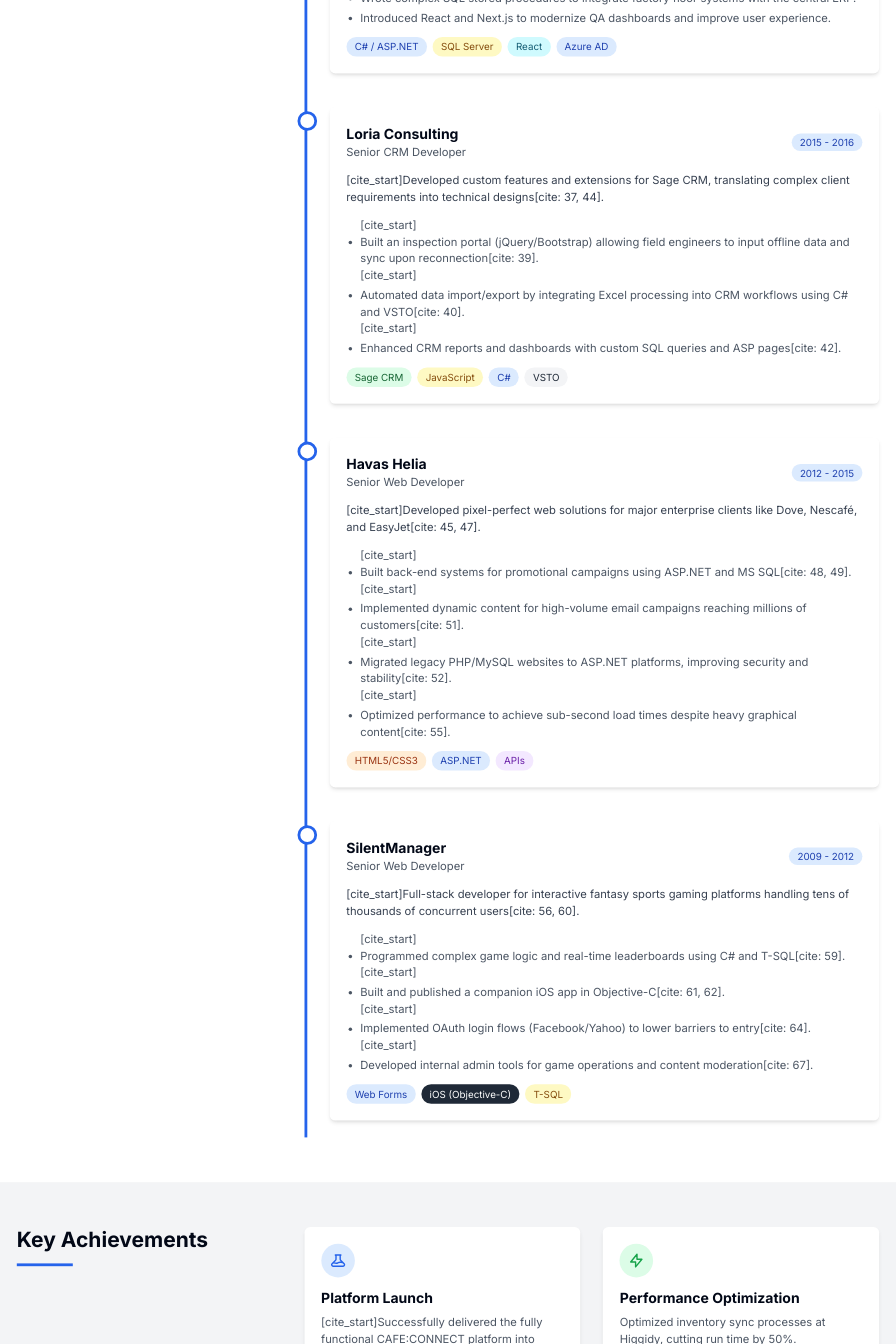
Repository: DaLexisX/WaddingBondWebsite
Page: /experience
The author's editor kept a copy of each file at every save. The page is drawn from the files as they stood at one save, then again after the next save.
The browser window is 1280 px wide. The pictures show the part of the page from y = 1127 to 3047 px (the page is 4557 px tall before and 4485 px after), at 70% of full size.
The project was rebuilt for these pictures with package versions that can differ from the ones it lists, and the page was loaded fresh each time. The framework's server and built-in components were replaced by stand-ins that run in the browser. Also part of the build but not shown: next.config.ts.

Above is the page before, as saved 2025-11-30 16:04:21.

### src/app/experience/page.tsx
import React from 'react';

export default function Experience() {
  return (
    <div className="min-h-screen">
      {/* Experience Hero Section */}
      <section className="bg-gray-900 text-white pt-32 pb-20">
        <div className="container mx-auto px-6">
          <h1 className="text-4xl md:text-5xl font-bold mb-6">Professional Experience</h1>
          <p className="text-xl max-w-3xl">
            Versatile full-stack developer with over a decade of experience delivering end-to-end software solutions.
            Adept in web, mobile, and AI development pipelines.
          </p>
        </div>
      </section>

      {/* Timeline Section */}
      <section className="py-16">
        <div className="container mx-auto px-6">
          <div className="flex flex-col md:flex-row">
            <div className="md:w-1/3 mb-8 md:mb-0">
              <h2 className="text-3xl font-bold mb-4">Work History</h2>
              <div className="w-20 h-1 bg-blue-600 mb-6"></div>
              <p className="text-gray-600 pr-6">
                A comprehensive timeline of my career from Senior Web Developer roles to Lead Architect positions.
              </p>
            </div>
            <div className="md:w-2/3">
              <div className="relative border-l-4 border-blue-600 pl-8 pb-6">

                {/* CAFE:CONNECT */}
                <div className="mb-12">
                  <div className="absolute -left-3.5 mt-1.5 h-7 w-7 rounded-full border-4 border-blue-600 bg-white"></div>
                  <div className="bg-white p-6 rounded-lg shadow-md">
                    <div className="flex flex-col md:flex-row md:items-center md:justify-between mb-4">
                      <div>
                        <h3 className="text-xl font-bold">CAFE:CONNECT</h3>
                        <p className="text-gray-600">Lead Developer & Architect</p>
                      </div>
                      <div className="mt-2 md:mt-0">
                        <span className="bg-blue-100 text-blue-800 px-3 py-1 rounded-full text-sm">2023 - Present</span>
                      </div>
                    </div>
                    <p className="text-gray-700 mb-4">
                      Designed and delivered a dual-purpose cloud platform for the hospitality sector, integrating a B2C digital loyalty app with a B2B Community Hub.
                    </p>
                    <ul className="list-disc pl-5 space-y-1 text-gray-600 mb-4">
                      <li>Engineered a high-availability hybrid architecture using Next.js on Google Cloud Run and Flutter for native mobile clients.</li>
                      <li>Built a serverless backend with Firebase, utilizing Firestore NoSQL data modeling and Atomic Transactions.</li>
                      <li>Implemented real-time data synchronization using Firestore Listeners and fan-out writes for notifications.</li>
                      <li>Established automated CI/CD pipelines using GitHub Actions for deployment to Cloud Run and GCP.</li>
                    </ul>
                    <div className="flex flex-wrap gap-2">
                      <span className="bg-blue-100 text-blue-800 px-3 py-1 rounded-full text-sm">Next.js 15</span>
                      <span className="bg-cyan-100 text-cyan-800 px-3 py-1 rounded-full text-sm">Flutter</span>
                      <span className="bg-orange-100 text-orange-800 px-3 py-1 rounded-full text-sm">Firebase</span>
                      <span className="bg-purple-100 text-purple-800 px-3 py-1 rounded-full text-sm">GCP</span>
                      <span className="bg-gray-100 text-gray-800 px-3 py-1 rounded-full text-sm">Docker</span>
                    </div>
                  </div>
                </div>

                {/* Higgidy */}
                <div className="mb-12">
                  <div className="absolute -left-3.5 mt-1.5 h-7 w-7 rounded-full border-4 border-blue-600 bg-white"></div>
                  <div className="bg-white p-6 rounded-lg shadow-md">
                    <div className="flex flex-col md:flex-row md:items-center md:justify-between mb-4">
                      <div>
                        <h3 className="text-xl font-bold">Higgidy</h3>
                        <p className="text-gray-600">Systems Lead / Senior Developer</p>
                      </div>
                      <div className="mt-2 md:mt-0">
                        <span className="bg-blue-100 text-blue-800 px-3 py-1 rounded-full text-sm">2016 - 2023</span>
                      </div>
                    </div>
                    <p className="text-gray-700 mb-4">
                      Full-stack development in an IT leadership role, acting as principal engineer for internal manufacturing and operational projects.
                    </p>
                    <ul className="list-disc pl-5 space-y-1 text-gray-600 mb-4">
                      <li>Developed production line monitoring tools (ASP.NET MVC) to visualize real-time throughput and identify bottlenecks.</li>
                      <li>Created an intranet portal integrated with Azure AD for single sign-on.</li>
                      <li>Wrote complex SQL stored procedures to integrate factory floor systems with the central ERP.</li>
                      <li>Introduced React and Next.js to modernize QA dashboards and improve user experience.</li>
                    </ul>
                    <div className="flex flex-wrap gap-2">
                      <span className="bg-blue-100 text-blue-800 px-3 py-1 rounded-full text-sm">C# / ASP.NET</span>
                      <span className="bg-yellow-100 text-yellow-800 px-3 py-1 rounded-full text-sm">SQL Server</span>
                      <span className="bg-cyan-100 text-cyan-800 px-3 py-1 rounded-full text-sm">React</span>
                      <span className="bg-blue-100 text-blue-800 px-3 py-1 rounded-full text-sm">Azure AD</span>
                    </div>
                  </div>
                </div>

                {/* Loria Consulting */}
                <div className="mb-12">
                  <div className="absolute -left-3.5 mt-1.5 h-7 w-7 rounded-full border-4 border-blue-600 bg-white"></div>
                  <div className="bg-white p-6 rounded-lg shadow-md">
                    <div className="flex flex-col md:flex-row md:items-center md:justify-between mb-4">
                      <div>
                        <h3 className="text-xl font-bold">Loria Consulting</h3>
                        <p className="text-gray-600">Senior CRM Developer</p>
                      </div>
                      <div className="mt-2 md:mt-0">
                        <span className="bg-blue-100 text-blue-800 px-3 py-1 rounded-full text-sm">2015 - 2016</span>
                      </div>
                    </div>
                    <p className="text-gray-700 mb-4">
                      [cite_start]Developed custom features and extensions for Sage CRM, translating complex client requirements into technical designs[cite: 37, 44].
                    </p>
                    <ul className="list-disc pl-5 space-y-1 text-gray-600 mb-4">
                      [cite_start]<li>Built an inspection portal (jQuery/Bootstrap) allowing field engineers to input offline data and sync upon reconnection[cite: 39].</li>
                      [cite_start]<li>Automated data import/export by integrating Excel processing into CRM workflows using C# and VSTO[cite: 40].</li>
                      [cite_start]<li>Enhanced CRM reports and dashboards with custom SQL queries and ASP pages[cite: 42].</li>
                    </ul>
                    <div className="flex flex-wrap gap-2">
                      <span className="bg-green-100 text-green-800 px-3 py-1 rounded-full text-sm">Sage CRM</span>
                      <span className="bg-yellow-100 text-yellow-800 px-3 py-1 rounded-full text-sm">JavaScript</span>
                      <span className="bg-blue-100 text-blue-800 px-3 py-1 rounded-full text-sm">C#</span>
                      <span className="bg-gray-100 text-gray-800 px-3 py-1 rounded-full text-sm">VSTO</span>
                    </div>
                  </div>
                </div>

                {/* Havas Helia */}
                <div className="mb-12">
                  <div className="absolute -left-3.5 mt-1.5 h-7 w-7 rounded-full border-4 border-blue-600 bg-white"></div>
                  <div className="bg-white p-6 rounded-lg shadow-md">
                    <div className="flex flex-col md:flex-row md:items-center md:justify-between mb-4">
                      <div>
                        <h3 className="text-xl font-bold">Havas Helia</h3>
                        <p className="text-gray-600">Senior Web Developer</p>
                      </div>
                      <div className="mt-2 md:mt-0">
                        <span className="bg-blue-100 text-blue-800 px-3 py-1 rounded-full text-sm">2012 - 2015</span>
                      </div>
                    </div>
                    <p className="text-gray-700 mb-4">
                      [cite_start]Developed pixel-perfect web solutions for major enterprise clients like Dove, Nescafé, and EasyJet[cite: 45, 47].
                    </p>
                    <ul className="list-disc pl-5 space-y-1 text-gray-600 mb-4">
                      [cite_start]<li>Built back-end systems for promotional campaigns using ASP.NET and MS SQL[cite: 48, 49].</li>
                      [cite_start]<li>Implemented dynamic content for high-volume email campaigns reaching millions of customers[cite: 51].</li>
                      [cite_start]<li>Migrated legacy PHP/MySQL websites to ASP.NET platforms, improving security and stability[cite: 52].</li>
                      [cite_start]<li>Optimized performance to achieve sub-second load times despite heavy graphical content[cite: 55].</li>
                    </ul>
                    <div className="flex flex-wrap gap-2">
                      <span className="bg-orange-100 text-orange-800 px-3 py-1 rounded-full text-sm">HTML5/CSS3</span>
                      <span className="bg-blue-100 text-blue-800 px-3 py-1 rounded-full text-sm">ASP.NET</span>
                      <span className="bg-purple-100 text-purple-800 px-3 py-1 rounded-full text-sm">APIs</span>
                    </div>
                  </div>
                </div>

                {/* SilentManager */}
                <div>
                  <div className="absolute -left-3.5 mt-1.5 h-7 w-7 rounded-full border-4 border-blue-600 bg-white"></div>
                  <div className="bg-white p-6 rounded-lg shadow-md">
                    <div className="flex flex-col md:flex-row md:items-center md:justify-between mb-4">
                      <div>
                        <h3 className="text-xl font-bold">SilentManager</h3>
                        <p className="text-gray-600">Senior Web Developer</p>
                      </div>
                      <div className="mt-2 md:mt-0">
                        <span className="bg-blue-100 text-blue-800 px-3 py-1 rounded-full text-sm">2009 - 2012</span>
                      </div>
                    </div>
                    <p className="text-gray-700 mb-4">
                      [cite_start]Full-stack developer for interactive fantasy sports gaming platforms handling tens of thousands of concurrent users[cite: 56, 60].
                    </p>
                    <ul className="list-disc pl-5 space-y-1 text-gray-600 mb-4">
                      [cite_start]<li>Programmed complex game logic and real-time leaderboards using C# and T-SQL[cite: 59].</li>
                      [cite_start]<li>Built and published a companion iOS app in Objective-C[cite: 61, 62].</li>
                      [cite_start]<li>Implemented OAuth login flows (Facebook/Yahoo) to lower barriers to entry[cite: 64].</li>
                      [cite_start]<li>Developed internal admin tools for game operations and content moderation[cite: 67].</li>
                    </ul>
                    <div className="flex flex-wrap gap-2">
                      <span className="bg-blue-100 text-blue-800 px-3 py-1 rounded-full text-sm">Web Forms</span>
                      <span className="bg-gray-800 text-white px-3 py-1 rounded-full text-sm">iOS (Objective-C)</span>
                      <span className="bg-yellow-100 text-yellow-800 px-3 py-1 rounded-full text-sm">T-SQL</span>
                    </div>
                  </div>
                </div>

              </div>
            </div>
          </div>
        </div>
      </section>

      {/* Key Achievements Section */}
      <section className="py-16 bg-gray-100">
        <div className="container mx-auto px-6">
          <div className="flex flex-col md:flex-row">
            <div className="md:w-1/3 mb-8 md:mb-0">
              <h2 className="text-3xl font-bold mb-4">Key Achievements</h2>
              <div className="w-20 h-1 bg-blue-600 mb-6"></div>
            </div>
            <div className="md:w-2/3">
              <div className="grid grid-cols-1 md:grid-cols-2 gap-8">

                <div className="bg-white p-6 rounded-lg shadow-md">
                  <div className="w-12 h-12 bg-blue-100 rounded-full flex items-center justify-center mb-4">
                    <svg xmlns="http://www.w3.org/2000/svg" className="h-6 w-6 text-blue-600" fill="none" viewBox="0 0 24 24" stroke="currentColor">
                      <path strokeLinecap="round" strokeLinejoin="round" strokeWidth={2} d="M19.428 15.428a2 2 0 00-1.022-.547l-2.384-.477a6 6 0 00-3.86.517l-.318.158a6 6 0 01-3.86.517L6.05 15.21a2 2 0 00-1.806.547M8 4h8l-1 1v5.172a2 2 0 00.586 1.414l5 5c1.26 1.26.367 3.414-1.415 3.414H4.828c-1.782 0-2.674-2.154-1.414-3.414l5-5A2 2 0 009 10.172V5L8 4z" />
                    </svg>
                  </div>
                  <h3 className="text-xl font-bold mb-2">Platform Launch</h3>
                  <p className="text-gray-600">
                    [cite_start]Successfully delivered the fully functional CAFE:CONNECT platform into production, leveraging modern serverless architecture and cross-platform mobile development[cite: 21].
                  </p>
                </div>

                <div className="bg-white p-6 rounded-lg shadow-md">
                  <div className="w-12 h-12 bg-green-100 rounded-full flex items-center justify-center mb-4">
                    <svg xmlns="http://www.w3.org/2000/svg" className="h-6 w-6 text-green-600" fill="none" viewBox="0 0 24 24" stroke="currentColor">
                      <path strokeLinecap="round" strokeLinejoin="round" strokeWidth={2} d="M13 10V3L4 14h7v7l9-11h-7z" />
                    </svg>
                  </div>
                  <h3 className="text-xl font-bold mb-2">Performance Optimization</h3>
                  <p className="text-gray-600">
                    Optimized inventory sync processes at Higgidy, cutting run time by 50%. [cite_start]Achieved sub-second load times for heavy graphical campaign sites at Havas Helia[cite: 33, 55].
                  </p>
                </div>

                <div className="bg-white p-6 rounded-lg shadow-md">
                  <div className="w-12 h-12 bg-purple-100 rounded-full flex items-center justify-center mb-4">
                    <svg xmlns="http://www.w3.org/2000/svg" className="h-6 w-6 text-purple-600" fill="none" viewBox="0 0 24 24" stroke="currentColor">
                      <path strokeLinecap="round" strokeLinejoin="round" strokeWidth={2} d="M12 18h.01M8 21h8a2 2 0 002-2V5a2 2 0 00-2-2H8a2 2 0 00-2 2v14a2 2 0 002 2z" />
                    </svg>
                  </div>
                  <h3 className="text-xl font-bold mb-2">Mobile Development</h3>
                  <p className="text-gray-600">
                    [cite_start]Published native applications for various projects, ranging from Fantasy Sports (iOS/Objective-C) to hospitality rewards (Flutter/Dart)[cite: 17, 62].
                  </p>
                </div>

                <div className="bg-white p-6 rounded-lg shadow-md">
                  <div className="w-12 h-12 bg-orange-100 rounded-full flex items-center justify-center mb-4">
                    <svg xmlns="http://www.w3.org/2000/svg" className="h-6 w-6 text-orange-600" fill="none" viewBox="0 0 24 24" stroke="currentColor">
                      <path strokeLinecap="round" strokeLinejoin="round" strokeWidth={2} d="M9 12l2 2 4-4m5.618-4.016A11.955 11.955 0 0112 2.944a11.955 11.955 0 01-8.618 3.04A12.02 12.02 0 003 9c0 5.591 3.824 10.29 9 11.622 5.176-1.332 9-6.03 9-11.622 0-1.042-.133-2.052-.382-3.016z" />
                    </svg>
                  </div>
                  <h3 className="text-xl font-bold mb-2">Process Automation</h3>
                  <p className="text-gray-600">
                    [cite_start]Developed scheduled jobs and automated reporting tools that saved hours of manual work weekly for manufacturing and administrative teams[cite: 28].
                  </p>
                </div>
              </div>
            </div>
          </div>
        </div>
      </section>

      {/* Education & Certifications Section (Replaced Testimonials) */}
      <section className="py-16">
        <div className="container mx-auto px-6">
          <div className="flex flex-col md:flex-row">
            <div className="md:w-1/3 mb-8 md:mb-0">
              <h2 className="text-3xl font-bold mb-4">Education & Certifications</h2>
              <div className="w-20 h-1 bg-blue-600 mb-6"></div>
            </div>
            <div className="md:w-2/3">
              <div className="space-y-6">

                <div className="bg-white p-6 rounded-lg shadow-md flex items-start">
                  <div className="w-12 h-12 bg-blue-100 rounded-full flex-shrink-0 flex items-center justify-center mr-4">
                     <span className="font-bold text-blue-600">FIP</span>
                  </div>
                  <div>
                    <h3 className="font-bold text-lg">Fellow of Information Privacy (FIP)</h3>
                    <p className="text-gray-600">IAPP</p>
                    [cite_start]<p className="text-gray-500 text-sm mt-1">Recognized for comprehensive knowledge in privacy laws and data protection[cite: 84].</p>
                  </div>
                </div>

                <div className="bg-white p-6 rounded-lg shadow-md flex items-start">
                   <div className="w-12 h-12 bg-gray-100 rounded-full flex-shrink-0 flex items-center justify-center mr-4">
                     <svg xmlns="http://www.w3.org/2000/svg" className="h-6 w-6 text-gray-600" fill="none" viewBox="0 0 24 24" stroke="currentColor">
                       <path d="M12 14l9-5-9-5-9 5 9 5z" />
                       <path d="M12 14l6.16-3.422a12.083 12.083 0 01.665 6.479A11.952 11.952 0 0012 20.055a11.952 11.952 0 00-6.824-2.998 12.078 12.078 0 01.665-6.479L12 14z" />
                     </svg>
                  </div>
                  <div>
                    <h3 className="font-bold text-lg">BTEC Level 3 Diploma</h3>
                    <p className="text-gray-600">Aeronautical Engineering & General Engineering</p>
                    [cite_start]<p className="text-gray-500 text-sm mt-1">[cite: 85, 86]</p>
                  </div>
                </div>

                <div className="bg-white p-6 rounded-lg shadow-md flex items-start">
                  <div className="w-12 h-12 bg-gray-100 rounded-full flex-shrink-0 flex items-center justify-center mr-4">
                     <svg xmlns="http://www.w3.org/2000/svg" className="h-6 w-6 text-gray-600" fill="none" viewBox="0 0 24 24" stroke="currentColor">
                       <path strokeLinecap="round" strokeLinejoin="round" strokeWidth={2} d="M19 11H5m14 0a2 2 0 012 2v6a2 2 0 01-2 2H5a2 2 0 01-2-2v-6a2 2 0 012-2m14 0V9a2 2 0 00-2-2M5 11V9a2 2 0 012-2m0 0V5a2 2 0 012-2h6a2 2 0 012 2v2M7 7h10" />
                     </svg>
                  </div>
                  <div>
                    <h3 className="font-bold text-lg">NVQ Level 3</h3>
                    <p className="text-gray-600">Aeronautical Engineering</p>
                    [cite_start]<p className="text-gray-500 text-sm mt-1">[cite: 87]</p>
                  </div>
                </div>

              </div>
            </div>
          </div>
        </div>
      </section>

      {/* Contact CTA Section */}
      <section className="py-16 bg-blue-600 text-white">
        <div className="container mx-auto px-6 text-center">
          <h2 className="text-3xl font-bold mb-4">Ready to collaborate?</h2>
          <p className="text-xl mb-8 max-w-2xl mx-auto">
            I'm currently available for new opportunities. Let's discuss how my full-stack expertise can benefit your team.
          </p>
          <a href="mailto:doug@wadding.bond" className="bg-white text-blue-600 px-8 py-4 rounded-lg font-semibold text-lg hover:bg-gray-100 transition duration-300">
            Contact Me
          </a>
        </div>
      </section>
    </div>
  );
}

Loaded but not shown: src/app/globals.css (common file); src/lib/utils.ts (common file); src/hooks/use-toast.ts (common file); tailwind.config.ts (common file); src/components/ui/toast.tsx (129 lines, source omitted); src/components/ui/sheet.tsx (140 lines, source omitted); src/components/Navbar.tsx (121 lines, source omitted); src/components/Footer.tsx (50 lines, source omitted); src/components/ui/button.tsx (57 lines, source omitted); src/components/ui/toaster.tsx (35 lines, source omitted); src/app/layout.tsx (32 lines, source omitted)

After the next save:
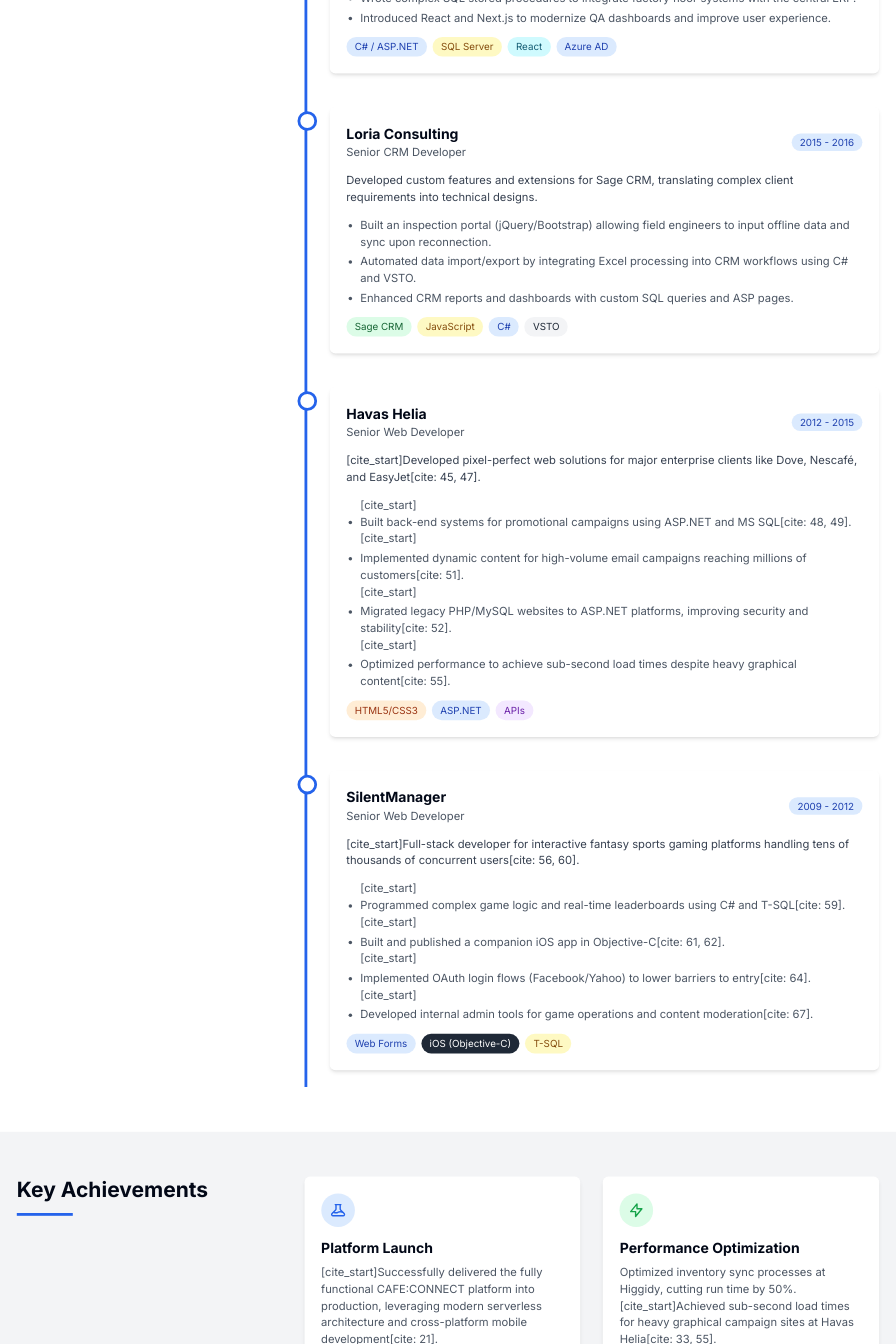
Saved 4 s later.
--- a/src/app/experience/page.tsx
+++ b/src/app/experience/page.tsx
@@ -105,12 +105,12 @@
                       </div>
                     </div>
                     <p className="text-gray-700 mb-4">
-                      [cite_start]Developed custom features and extensions for Sage CRM, translating complex client requirements into technical designs[cite: 37, 44].
-                    </p>
-                    <ul className="list-disc pl-5 space-y-1 text-gray-600 mb-4">
-                      [cite_start]<li>Built an inspection portal (jQuery/Bootstrap) allowing field engineers to input offline data and sync upon reconnection[cite: 39].</li>
-                      [cite_start]<li>Automated data import/export by integrating Excel processing into CRM workflows using C# and VSTO[cite: 40].</li>
-                      [cite_start]<li>Enhanced CRM reports and dashboards with custom SQL queries and ASP pages[cite: 42].</li>
+                      Developed custom features and extensions for Sage CRM, translating complex client requirements into technical designs.
+                    </p>
+                    <ul className="list-disc pl-5 space-y-1 text-gray-600 mb-4">
+                      <li>Built an inspection portal (jQuery/Bootstrap) allowing field engineers to input offline data and sync upon reconnection.</li>
+                      <li>Automated data import/export by integrating Excel processing into CRM workflows using C# and VSTO.</li>
+                      <li>Enhanced CRM reports and dashboards with custom SQL queries and ASP pages.</li>
                     </ul>
                     <div className="flex flex-wrap gap-2">
                       <span className="bg-green-100 text-green-800 px-3 py-1 rounded-full text-sm">Sage CRM</span>
